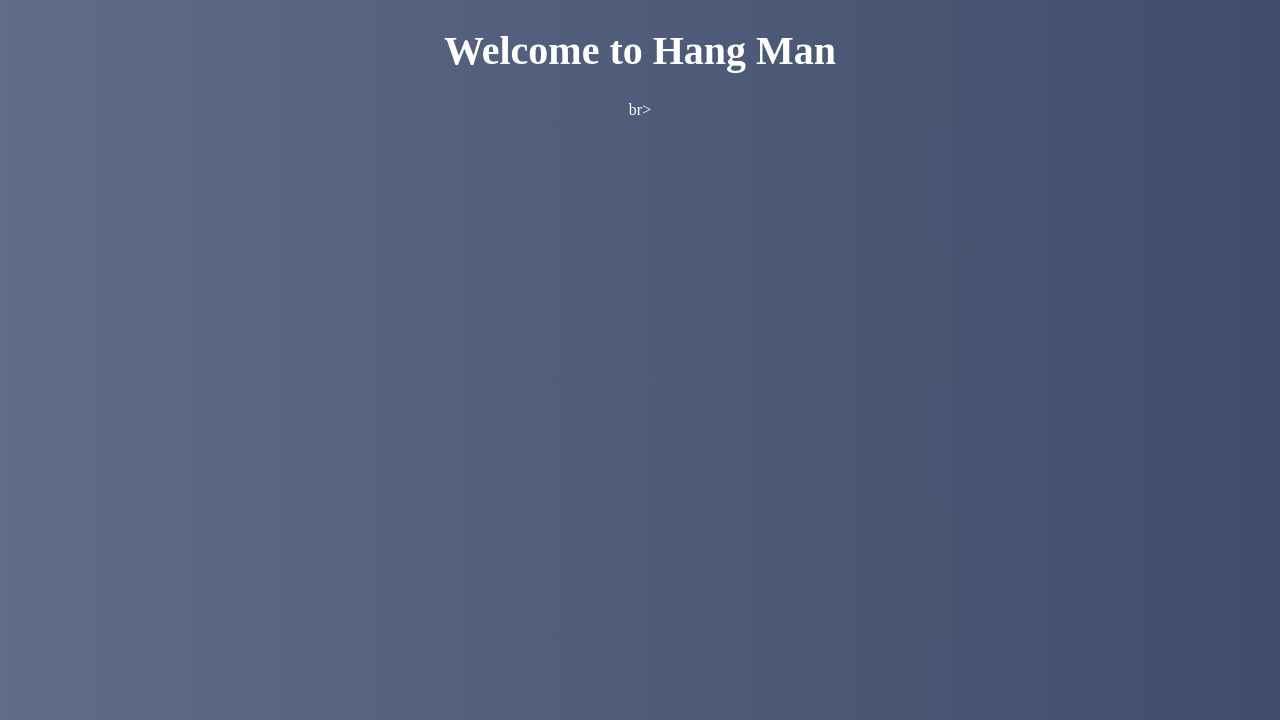
Repository: Darkingfired/Game
Page: hangman.html
These files come from the project's save history. The page is drawn as it stood at one moment and after the next save; the edit follows.
The browser window is 1280 px wide. The pictures show the whole page.

Above is the page before, as saved 2022-09-13 15:55:22.

After the next save:
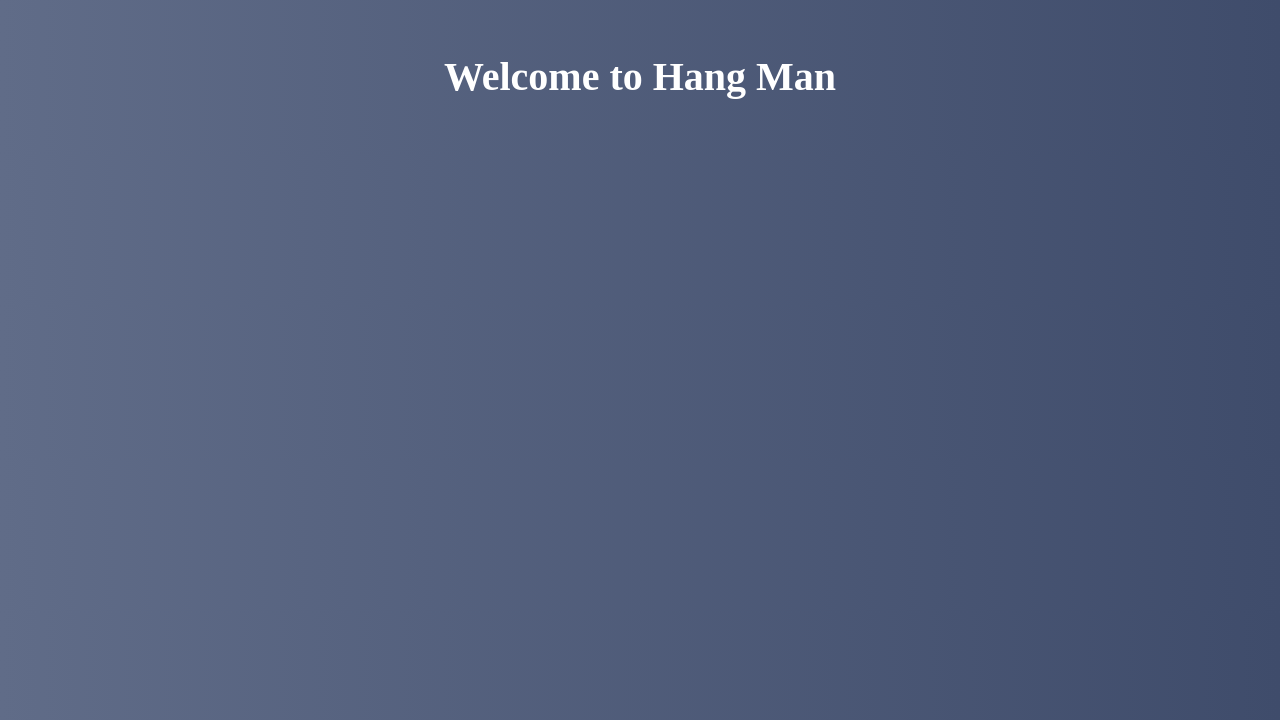
Saved 4 s later.
--- a/hangman.html
+++ b/hangman.html
@@ -8,7 +8,7 @@
     <title>Hang Man game</title>
     <script defer src="game.js"></script>
 </head>
-<body>
-    <h1>Welcome to Hang Man</h1></body>br>
+<Br>
+    <h1>Welcome to Hang Man</h1></Br>
 </body>
 </html>
